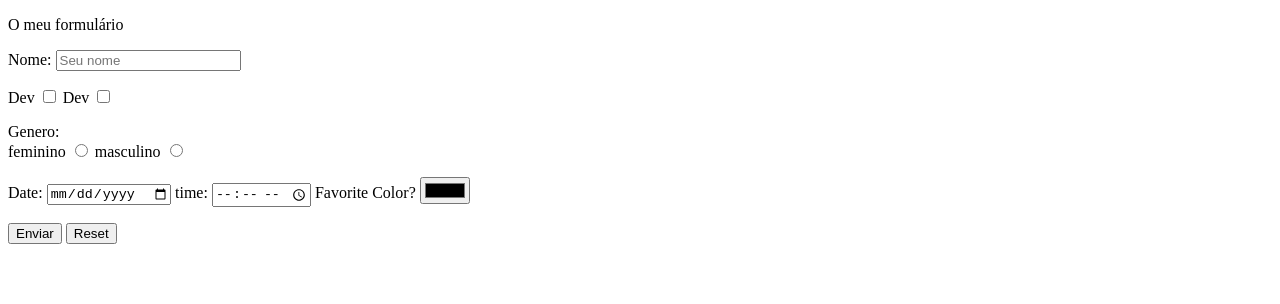
Repository: danilodscosta/CursoHTML
Page: index2.html
The author's editor kept a copy of each file at every save. The page is drawn from the files as they stood at one save, then again after the next save.
The browser window is 1280 px wide. The pictures show the whole page.

Above is the page before, as saved 2023-11-02 15:28:07.

After the next save:
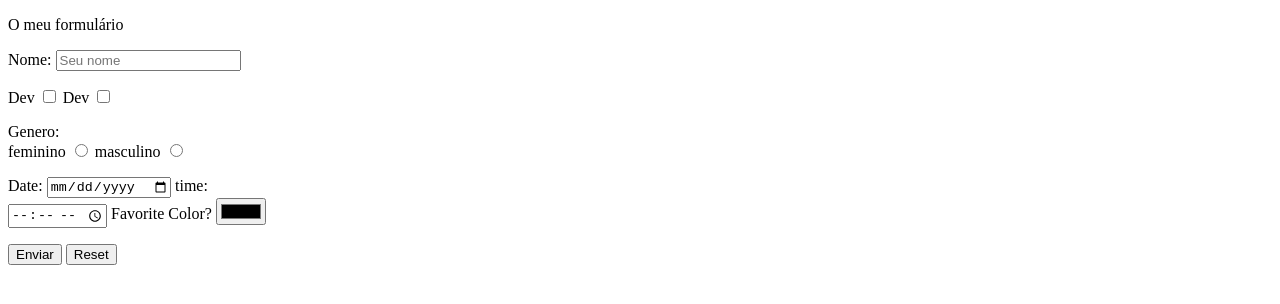
Saved 14 s later.
--- a/index2.html
+++ b/index2.html
@@ -42,7 +42,7 @@
             <label for="date">Date:</label>
             <input type="date" id="date" name="date">
 
-            <label for="hora">time:</label>
+            <label for="hora">time:</label><br>
             <input type="time" id="hora" name="hora">
 
             <label for="cor">Favorite Color?</label>

After the save that followed:
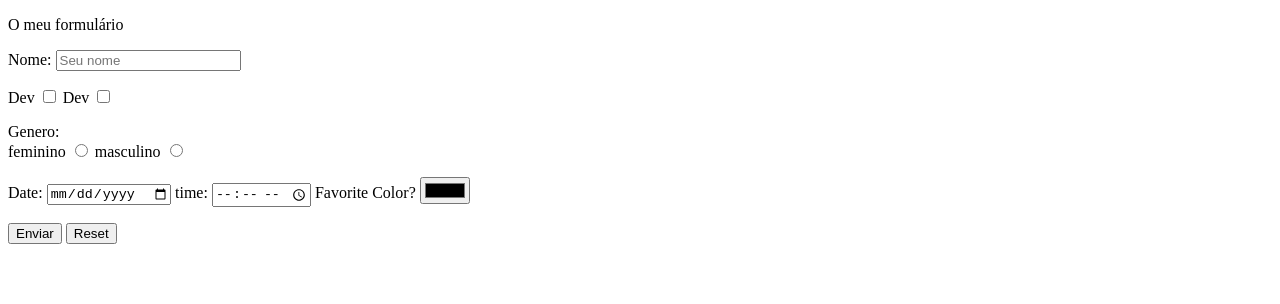
Saved 4 s later.
--- a/index2.html
+++ b/index2.html
@@ -42,7 +42,7 @@
             <label for="date">Date:</label>
             <input type="date" id="date" name="date">
 
-            <label for="hora">time:</label><br>
+            <label for="hora">time:</label>
             <input type="time" id="hora" name="hora">
 
             <label for="cor">Favorite Color?</label>
